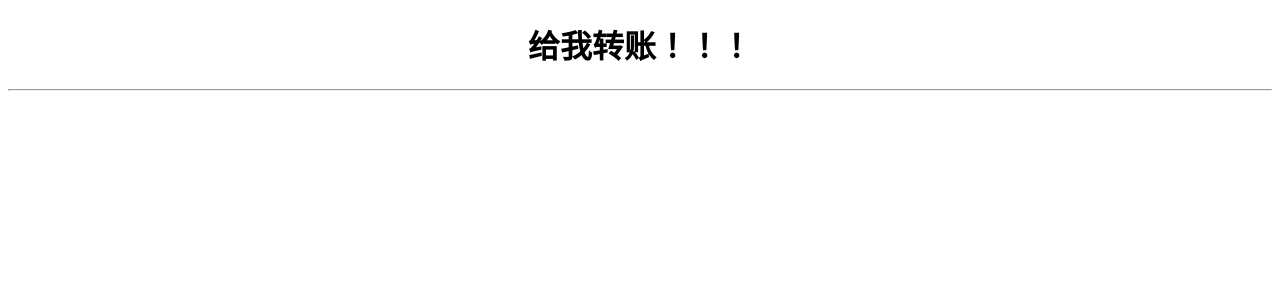
Repository: SunLightFor6/neuedu_record
Page: http://localhost/TransferAccount/message.jsp
These files come from the project's save history. The page is drawn as it stood at one moment and after the next save; the edit follows.
The browser window is 1280 px wide. The pictures show the whole page.
The page is served by Tomcat 9.

Above is the page before, as saved 2018-06-06 15:11:10.

After the next save:
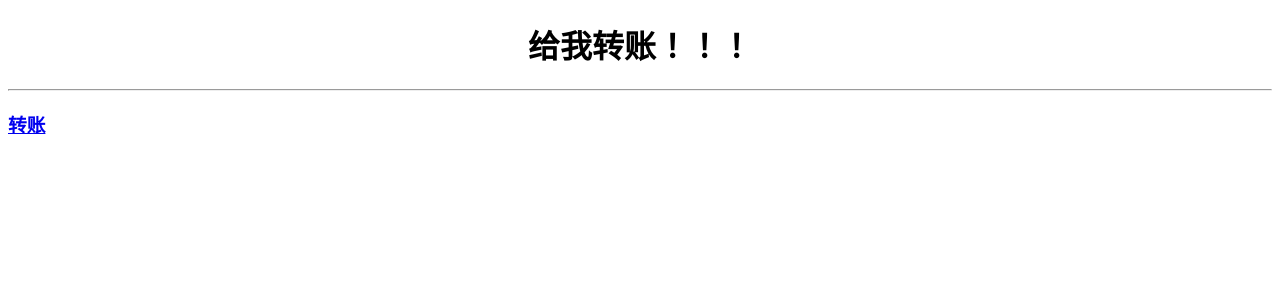
Saved 88 s later.
--- a/TransferAccount/WebContent/message.jsp
+++ b/TransferAccount/WebContent/message.jsp
@@ -9,7 +9,7 @@
 <body>
 <h1 align="center">给我转账！！！</h1>
 <hr>
-
+<h3><a href="transferacount.jsp">转账</a></h3>
 <h1 align="center">${message}</h1>
 
 </body>
